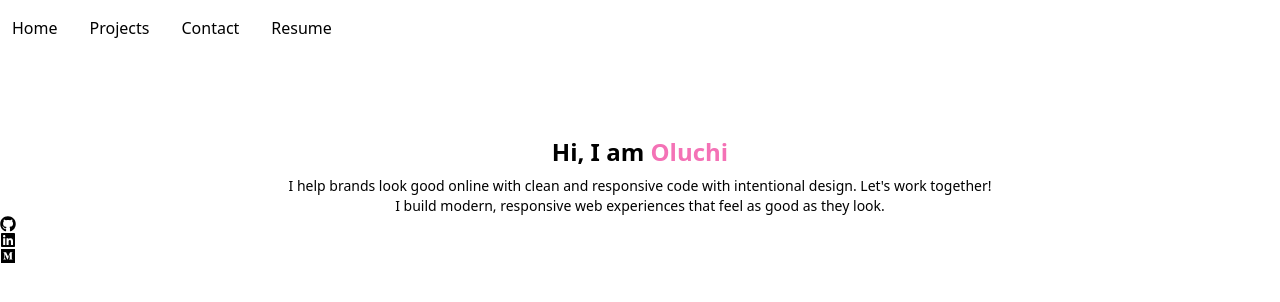
Repository: ooluchi/portfolio_
Page: / (app in my-react-app/)
These files come from the project's save history. The page is drawn as it stood at one moment and after the next save; the edit follows.
The browser window is 1280 px wide. The pictures show the whole page.
The project was rebuilt for these pictures with package versions that can differ from the ones it lists, and the page was loaded fresh each time. Also part of the build but not shown: my-react-app/vite.config.ts.

Above is the page before, as saved 2025-11-20 11:58:18.

After the next save:
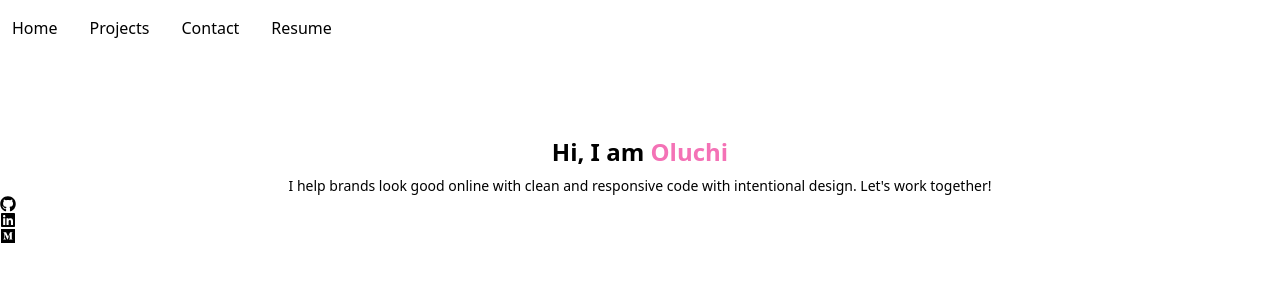
Saved 9 s later.
--- a/my-react-app/src/components/Home.tsx
+++ b/my-react-app/src/components/Home.tsx
@@ -11,7 +11,7 @@ export default function Home() {
         <h1 className="font-semibold mt-20 text-2xl">Hi, I am <span className="text-pink-400">Oluchi</span></h1>
         <div className="mt-2 text-sm">
           <p>I help brands look good online with clean and responsive code with intentional design. Let's work together!</p>
-        <p>I build modern, responsive web experiences that feel as good as they look. </p>
+
         </div>
 
       </div>
